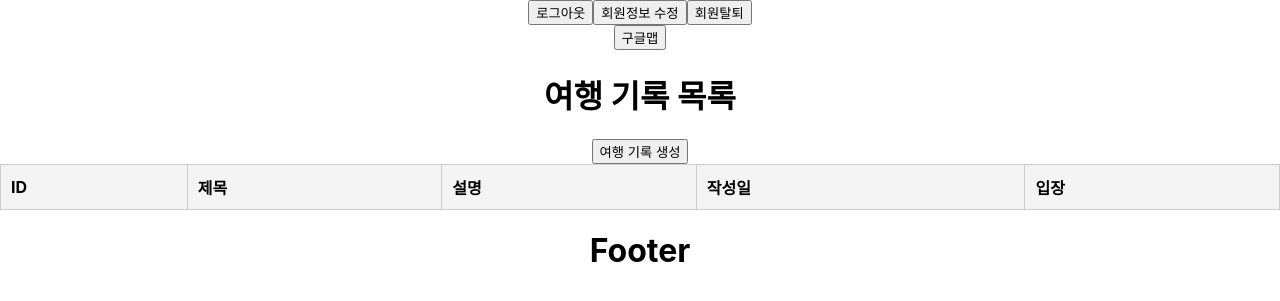
Repository: gimm5550/frontend2
Page: /mainlist
The author's editor kept a copy of each file at every save. The page is drawn from the files as they stood at one save, then again after the next save.
The browser window is 1280 px wide. The pictures show the whole page.
The page's requests for data from a server got no answer. The project was rebuilt for these pictures with package versions that can differ from the ones it lists, and the page was loaded fresh each time. No one was signed in, and anything a server would have sent is missing. Also part of the build but not shown: src/url.js, src/components/common/KakaoLoginButton.js, src/components/FromServer.js, src/components/UserDetail.js, src/components/layout/LandingPageLayout.js, src/components/layout/UserDetailLayout.js, src/components/LoginForm.js, src/components/layout/LoginFormLayout.js and 14 more.

Above is the page before, as saved 2024-11-17 17:43:08.

### public/index.html
<!DOCTYPE html>
<html lang="en">
  <head>
    <meta charset="utf-8" />
    <link rel="icon" href="%PUBLIC_URL%/favicon.ico" />
    <meta name="viewport" content="width=device-width, initial-scale=1" />
    <meta name="theme-color" content="#000000" />
    <meta
      name="description"
      content="Web site created using create-react-app"
    />
    <link rel="apple-touch-icon" href="%PUBLIC_URL%/logo192.png" />
    <!--
      manifest.json provides metadata used when your web app is installed on a
      user's mobile device or desktop. See https://developers.google.com/web/fundamentals/web-app-manifest/
    -->
    <link rel="manifest" href="%PUBLIC_URL%/manifest.json" />
    <!--
      Notice the use of %PUBLIC_URL% in the tags above.
      It will be replaced with the URL of the `public` folder during the build.
      Only files inside the `public` folder can be referenced from the HTML.

      Unlike "/favicon.ico" or "favicon.ico", "%PUBLIC_URL%/favicon.ico" will
      work correctly both with client-side routing and a non-root public URL.
      Learn how to configure a non-root public URL by running `npm run build`.
    -->
    <title>React App</title>
    <script src="https://developers.kakao.com/sdk/js/kakao.min.js"></script> <!-- 카카오 SDK 추가 -->
  </head>
  <body>
    <noscript>You need to enable JavaScript to run this app.</noscript>
    <div id="root"></div>
    <!--
      This HTML file is a template.
      If you open it directly in the browser, you will see an empty page.

      You can add webfonts, meta tags, or analytics to this file.
      The build step will place the bundled scripts into the <body> tag.

      To begin the development, run `npm start` or `yarn start`.
      To create a production bundle, use `npm run build` or `yarn build`.
    -->
  </body>
</html>

### src/index.js
import React from 'react';
import ReactDOM from 'react-dom/client';
import './index.css';
import App from './App';
import reportWebVitals from './reportWebVitals';
import { BrowserRouter } from 'react-router-dom';
// 카카오 SDK 초기화
if (window.Kakao) {
  window.Kakao.init("629a046bf0fa611328bd69bc1571aa3a"); // 카카오 JavaScript 키로 SDK 초기화
  console.log("Kakao SDK initialized:", window.Kakao.isInitialized());
}
const root = ReactDOM.createRoot(document.getElementById('root'));
root.render(
  <React.StrictMode>
    <BrowserRouter>
      <App />
    </BrowserRouter>
  </React.StrictMode>
);

// If you want to start measuring performance in your app, pass a function
// to log results (for example: reportWebVitals(console.log))
// or send to an analytics endpoint. Learn more: https://bit.ly/CRA-vitals
reportWebVitals();

### src/App.js
import React from 'react';
import './App.css';
import FromServer from './components/FromServer';
import { Route, Routes } from 'react-router-dom';
import UserDetail from './components/UserDetail';
import LandingPageLayout from './components/layout/LandingPageLayout';
import UserDetailLayout from './components/layout/UserDetailLayout';
import routes from './routes';
import { AuthProvider } from './AuthContext'; // AuthProvider import

function App() {
  const getRoutes = (allRoutes) =>
    allRoutes.map((route) => {
      if (route.route) {
        return (
          <Route
            exact
            path={route.route}
            element={route.component}
            key={route.key}
          />
        );
      }
      return null;
    });

  return (
    <div className="App">
      <AuthProvider> {/* AuthProvider로 전체 애플리케이션 감싸기 */}
        <Routes>
          {getRoutes(routes)}
          <Route path='*' element={<LandingPageLayout />} />
        </Routes>
      </AuthProvider>
    </div>
  );
}

export default App;

### src/routes.js
import LoginFormLayout from "./components/layout/LoginFormLayout";
import UserDetailLayout from "./components/layout/UserDetailLayout";
import RegisterFormLayout from "./components/layout/RegisterFormLayout";
import MainListLayout from "./components/layout/MainListLayout"; // community_detail
import CommunityDetailLauout from "./components/layout/community_detailLayout";
import NewCommunityLayout from "./components/layout/NewCommunityLayout";
import CommunityViewLayout from "./components/layout/CommunityViewLayout"; // AdminClient
import AdminClientLayout from "./components/layout/AdminClientLayout";
import EditFormLayout from "./components/layout/EditFormLayout";
import GoogleMapLayout from "./components/layout/GoogleMapLayout";
const routes = [
    {
        name:"UserDetail",
        key:"userDetail",
        route:"/user-detail/:userId",
        component:<UserDetailLayout></UserDetailLayout>
    },
    {
        name:"LoginForm",
        key:"loginForm",
        route:"/login",
        component:<LoginFormLayout></LoginFormLayout>
    },
    {
        name:"RegisterForm",
        key:"RegisterForm",
        route:"/register",
        component:<RegisterFormLayout></RegisterFormLayout>
    },
    {
        name:"MainList",
        key:"MainList",
        route:"/mainlist",
        component:<MainListLayout></MainListLayout>
    },
    {
        name:"community_detail",
        key:"community_detail",
        route:"/community_detail",
        component:<CommunityDetailLauout></CommunityDetailLauout>
    },
    {
        name:"new_community",
        key:"new_community",
        route:"/new_community",
        component:<NewCommunityLayout></NewCommunityLayout>
    },
    {
        name:"CommunityView",
        key:"CommunityView",
        route:"/CommunityView",
        component:<CommunityViewLayout></CommunityViewLayout>
    },
    {
        name: "CommunityView",
        key: "communityView",
        route: "/CommunityView/:id", // ID를 URL 매개변수로 받도록 수정
        component: <CommunityViewLayout></CommunityViewLayout>
    },
    {
        name: "AdminClient",
        key: "AdminClient",
        route: "/AdminClient/:id", // ID를 URL 매개변수로 받도록 수정
        component: <AdminClientLayout></AdminClientLayout>
    },
    {
        name: "community_detail",
        key: "community_detail",
        route: '/community_detail/:id', // ID를 URL 매개변수로 받도록 수정
        component: <CommunityDetailLauout></CommunityDetailLauout>
    },
    {
        name: "new_community",
        key: "new_community",
        route: '/new_community/:id', // ID를 URL 매개변수로 받도록 수정 `/CommunityView/${id}/${communityId}`
        component: <NewCommunityLayout></NewCommunityLayout>
    },
    {
        name: "new_community",
        key: "new_community",
        route: '/CommunityView/:id/:communityId',
        component: <CommunityViewLayout></CommunityViewLayout>
    },
    {
        name:"EditForm",
        key:"EditForm",
        route:"/edit_info",
        component:<EditFormLayout></EditFormLayout>
    },
    {
        name:"GoogleMap",
        route: "/GoogleMap",
        component: <GoogleMapLayout />, // GoogleMapLayout 컴포넌트 연결
        key: "google-map",
    },
]
export default routes;

### src/AuthContext.js
import React, { createContext, useContext, useState } from 'react';

const AuthContext = createContext();

export const AuthProvider = ({ children }) => {
    const [user, setUser] = useState(null); // 로그인한 사용자 정보를 저장할 상태

    const login = (userData) => {
        setUser(userData); // 로그인 시 사용자 정보 저장
    };

    const logout = () => {
        setUser(null); // 로그아웃 시 사용자 정보 초기화
    };

    return (
        <AuthContext.Provider value={{ user, login, logout }}>
            {children}
        </AuthContext.Provider>
    );
};

// 사용자 정보를 가져오는 커스텀 훅
export const useAuth = () => {
    return useContext(AuthContext);
};

### src/api.js
import axios from 'axios';
//114.204.175.6
//172.30.126.174
const instance = axios.create({
    baseURL: 'http://localhost:8080',
    timeout: 1000
});

export default {


    login(id, pw) {
        console.log("login api 실행됨")
        return instance.post('/api/users/login', { userId: id, userPw: pw});
    },

    register(id, pw) {
        return instance.post('/api/users/register', { userId: id, userPw: pw});
    },

    list() {
        return instance.get('/api/list');
    },

    createCommunity(data) {
        return instance.post('/taxi/community', data);
    },

    call(id, startLat, startLng, startAddr, endLat, endLng, endAddr) {
        return instance.post('/taxi/call', {
            userId: id,
            startLat: startLat,
            startLng: startLng,
            startAddr: startAddr,
            endLat: endLat,
            endLng: endLng,
            endAddr: endAddr
        });
    },

    geoCoding(coords, key) {
        let url = "https://maps.googleapis.com/maps/api/geocode/json";
        let lat = coords.latitude;
        let lng = coords.longitude;

        return axios.get(`${url}?latlng=${lat},${lng}&key=${key}&language=ko`);
    },

    // 커뮤니티 상세보기 API
    getCommunityDetail(communityId) {
        console.log("communityId:", communityId);
        return instance.get(`/community/${communityId}`);
    },

    // 커뮤니티 삭제 API
    deleteCommunity(communityId) {
        console.log("communityId:", communityId);
        return instance.delete(`/community/${communityId}`);
    },

    editCommunity(communityId, updatedData) {
        console.log("communityId:", communityId);
        console.log("updatedData:", updatedData);  // 수정할 데이터를 콘솔에 출력
        return instance.put(`/community/${communityId}`, updatedData);
    },

    outing(id, title, content, admin_id, member_count){
        console.log("outring함수실행")
        return instance.post('/community', {
            id: id,
            title: title,
            content: content,
            admin_id: admin_id,
            member_count: member_count
        });
    },

    newing(id, title, content, region){
        return instance.post('/new', {
            region: region,
            title: title,
            content: content,
            admin_id: id,
            member_count: 0
        });
    },

    detail_show(id){
        return instance.get(`/detail3/${id}`, {
            id: id
        });
    },

    detail_show2(id, id2){
        console.log("detail_show2실행")
        console.log("id:", id)
        return instance.get(`/detail4/${id}/${id2}`, {
        });
    },

    detail_new(title, content, editor, communityid){
        return instance.post('/detail2', {
            title: title,
            content: content,
            editor: editor,
            communityid: communityid
        });
    },

    detail_delete(id, detail_id) {
        return instance.delete(`/detail2/${id}/${detail_id}`); // URL에 detail_id를 포함시킴
    },

    add_comment(id, communityId, nickname, newComment){
        console.log("add_comment 실행!!")
        return instance.post(`/Comments/${id}/${communityId}`, {
            nickname: nickname,
            content: newComment
        });
    },
    // '/client/:id'
    get_approved_clients(id){
        return instance.get(`/client/${id}`, {
        });
    },

    get_pending_clients(id){
        return instance.get(`/client2/${id}`, {
        });
    },

    reject_client(clientId){
        return instance.delete(`/client2/${clientId}`, {
        });
    },

    expel_client(clientId){
        return instance.delete(`/client/${clientId}`, {
        });
    },

    approve_client(clientId, nickname){
        console.log("approve_client 발동")
        console.log("nickname2:", nickname)
        return instance.post(`/client/${clientId}`, {
            nickname: nickname
        });
    },

    request_join_community(nickname, communityId){
        return instance.post('/client2', {
            nickname: nickname
        });
    },

    get_pending_clients2(user_id){
        return instance.get(`/client3/${user_id}`, {
            user_id : user_id
        });
    },

    edit_info(userId){
        return instance.post('/edit', {
            userId: userId
        });
    },

    fetch_token(response){
        console.log("1")
        return instance.post('/login/success', {response: response});
    },

    getpassword(userId) {
        console.log("Sending userId as query parameter. userId:", userId);

        // userId가 객체일 경우 'id' 값을 추출, 그렇지 않으면 그대로 사용
        const extractedUserId = typeof userId === 'object' && userId.id ? userId.id : userId;

        // 추출된 userId를 URL 인코딩
        const encodedUserId = encodeURIComponent(extractedUserId);

        console.log("Encoded userId:", encodedUserId);

        // 인코딩된 userId를 URL에 포함
        return instance.get(`/api/edit/EditInfo?userId=${encodedUserId}`);
    },
    updateUser(userId2, userPw) {
        return instance.post('/api/edit/realedit',
        {
            userId2: userId2,
            userPw: userPw
        });
    },

    deleteUser(user) {
        return instance.post('/api/edit/delete',
        {
            user: user
        });
    },
    createTravelRecord(title, description) {
        return instance.post('/api/travel-records', { title : title, description : description });
    },
    addComment(travelRecordId, content, commentId) {
        console.log("commentId!!!!!!!:", commentId)
        return instance.post(`/api/comments`, {
            travelRecordId: travelRecordId,
            content: content,
            author: commentId.id // 작성자 이름을 적절히 설정
        });
    },
    // 댓글 데이터 가져오기
    getCommentsByTravelRecordId(travelRecordId) {
        return instance.get(`/api/comments/${travelRecordId}`);
    },

    PostPolyLine(pathData, userId) {
        console.log("userId:", userId.id)
        return instance.post('/api/polyline',
            {
                pathData: pathData,
                userId: userId.id
            });
    },
}

### src/components/layout/CommonLayout.js
import Footer from "../common/Footer";
import Header from "../common/Header";
export default function CommonLayout({children}){
    return <div>
            <Header></Header>
            {children}
            <Footer></Footer>
        </div>

}

### src/components/layout/MainListLayout.js
import MainList from "../MainList";
import CommonLayout from "./CommonLayout";
export default function MainListLayout(){
    return<div>
            <CommonLayout>
                <MainList></MainList>
            </CommonLayout>
        </div>

}

### src/components/common/Footer.js
export default function Footer(){
    return<div>
            <h1>Footer</h1>
        </div>
}

### src/components/common/Header.js
import { useNavigate } from 'react-router-dom';
import React, { useEffect, useState } from "react";
import api from '../../api';
export default function Header() {
    const [user, setUser] = useState(null); // 사용자 정보 상태
    const navigate = useNavigate();
    const handleLogout = () => {
        console.log('로그아웃 처리');
        localStorage.removeItem('user'); // 로컬 스토리지에서 사용자 정보 삭제
        navigate('/login');
    };
    useEffect(() => {
        const userData = JSON.parse(localStorage.getItem('user')); // 로컬 스토리지에서 사용자 정보 가져오기
        setUser(userData);
    }, []);

    const handleEditProfile = () => {
        console.log('회원정보 수정 페이지로 이동');
        navigate('/edit_info');
        // 회원정보 수정 로직 추가
        //api.edit_info(user.id);
    };

    const handleDelete = () => {
        if (window.confirm('정말로 회원탈퇴를 하시겠습니까?')) {
            console.log('회원탈퇴 진행 중...');

            api.deleteUser(user.id) // user의 id만 전달
                .then(response => {
                    console.log('회원탈퇴 성공:', response.data);
                    alert('회원탈퇴가 완료되었습니다.');
                    localStorage.removeItem('user'); // 로컬 스토리지에서 사용자 정보 삭제
                    navigate('/login'); // 로그인 페이지로 이동
                })
                .catch(error => {
                    console.error('회원탈퇴 실패:', error);
                    alert('회원탈퇴 처리 중 오류가 발생했습니다.');
                });
        }
    };


    return (
        <div>
            {user && <p>현재 로그인된 아이디: {user.id}</p>}
            <div>
                <button onClick={handleLogout}>로그아웃</button>
                <button onClick={handleEditProfile}>회원정보 수정</button>
                <button onClick={handleDelete}>회원탈퇴</button>
            </div>
        </div>
    );
}

### src/components/MainList.js
import React, { useEffect, useState } from "react";
import api from '../api'; // API 모듈 import
import { useNavigate } from "react-router-dom";
import '../MainList.css'; // CSS 파일 import

export default function MainList() {
    const [travelRecords, setTravelRecords] = useState([]); // 여행 기록 상태
    const [isPopupOpen, setIsPopupOpen] = useState(false); // 팝업 상태
    const [newRecord, setNewRecord] = useState({
        title: '',
        description: ''
    }); // 새로운 여행 기록 상태
    const navigate = useNavigate();

    // 여행 기록 가져오기
    const fetchTravelRecords = () => {
        api.list() // 여행 기록 목록을 가져오는 API 호출
            .then(response => {
                console.log("response!!!:", response)
                const { data } = response.data; // 서버에서 반환된 데이터 구조를 맞춤
                setTravelRecords(data); // 데이터를 상태에 저장
            })
            .catch(err => {
                console.error("여행 기록을 가져오는 중 오류 발생:", err);
            });
    };

    useEffect(() => {
        fetchTravelRecords(); // 컴포넌트가 마운트될 때 여행 기록 목록 가져오기
    }, []);

    const handleInputChange = (e) => {
        const { name, value } = e.target;
        setNewRecord(prevState => ({
            ...prevState,
            [name]: value
        }));
    };

    const handleCreateSubmit = async () => {
        try {
            // 새로운 여행 기록 생성 API 호출
            await api.createTravelRecord(newRecord.title, newRecord.description);
            alert("여행 기록이 생성되었습니다.");
            setIsPopupOpen(false); // 팝업 닫기
            fetchTravelRecords(); // 여행 기록 목록 새로고침
        } catch (err) {
            console.error("여행 기록 생성 중 오류 발생:", err);
            alert("여행 기록 생성 중 오류가 발생했습니다.");
        }
    };

    const handleEnterCommunity = (id) => {
        navigate(`/community_detail/${id}`); // 지정된 경로로 이동
    };

    const handleEnterGoogleMap = () => {
        console.log("/GoogleMap 로 이동")
        navigate('/GoogleMap'); // 지정된 경로로 이동
    };

    return (
        <div>
            <button onClick={() => handleEnterGoogleMap()}>구글맵</button>
            <h1>여행 기록 목록</h1>
            <button onClick={() => setIsPopupOpen(true)}>여행 기록 생성</button> {/* 여행 기록 생성 버튼 */}
            <table>
                <thead>
                    <tr>
                        <th>ID</th>
                        <th>제목</th>
                        <th>설명</th>
                        <th>작성일</th>
                        <th>입장</th>
                    </tr>
                </thead>
                <tbody>
                    {travelRecords.map(record => (
                        <tr key={record.id}>
                            <td>{record.id}</td>
                            <td>{record.title}</td>
                            <td>{record.description}</td>
                            <td>{new Date(record.createdDate).toLocaleString()}</td>
                            <td>
                                <button onClick={() => handleEnterCommunity(record.id)}>입장</button>
                            </td>
                        </tr>
                    ))}
                </tbody>
            </table>

            {/* 팝업창 */}
            {isPopupOpen && (
                <div className="popup-overlay">
                    <div className="popup">
                        <h2>여행 기록 생성</h2>
                        <label>
                            제목:
                            <input
                                type="text"
                                name="title"
                                value={newRecord.title}
                                onChange={handleInputChange}
                            />
                        </label>
                        <label>
                            설명:
                            <textarea
                                name="description"
                                value={newRecord.description}
                                onChange={handleInputChange}
                            />
                        </label>
                        <button onClick={handleCreateSubmit}>생성</button>
                        <button onClick={() => setIsPopupOpen(false)}>취소</button>
                    </div>
                </div>
            )}
        </div>
    );
}

### src/MainList.css
table {
    width: 100%;
    border-collapse: collapse; /* 경계선 겹치지 않도록 설정 */
}

th, td {
    border: 1px solid #ccc; /* 테두리 색상 */
    padding: 10px; /* 여백 */
    text-align: left; /* 왼쪽 정렬 */
}

th {
    background-color: #f4f4f4; /* 헤더 배경색 */
}

tr:hover {
    background-color: #f1f1f1; /* 마우스 오버 시 배경색 */
}
.popup-overlay {
    position: fixed;
    top: 0;
    left: 0;
    right: 0;
    bottom: 0;
    background: rgba(0, 0, 0, 0.5); /* 반투명 배경 */
    display: flex;
    justify-content: center;
    align-items: center;
    z-index: 1000; /* 다른 요소들 위에 위치하게 */
}

.popup {
    background: white;
    padding: 20px;
    border-radius: 5px;
    box-shadow: 0 2px 10px rgba(0, 0, 0, 0.1);
}

label {
    display: block;
    margin-bottom: 10px;
}

input {
    width: 100%;
    padding: 8px;
    margin-top: 5px;
    box-sizing: border-box; /* padding 포함해서 사이즈 조정 */
}
/* MainList.css */

/* 전체 컨테이너 스타일 */
.community-view {
    max-width: 800px; /* 최대 너비 */
    margin: 20px auto; /* 중앙 정렬 */
    padding: 20px; /* 안쪽 여백 */
    border: 1px solid #e0e0e0; /* 테두리 */
    border-radius: 8px; /* 모서리 둥글게 */
    background-color: #ffffff; /* 배경색 */
    box-shadow: 0 2px 10px rgba(0, 0, 0, 0.1); /* 그림자 */
}

/* 제목 스타일 */
.community-view h1 {
    font-size: 2rem; /* 큰 제목 크기 */
    color: #333; /* 제목 색상 */
    margin-bottom: 15px; /* 아래 여백 */
}

/* 부제목 스타일 */
.community-view h2 {
    font-size: 1.5rem; /* 부제목 크기 */
    color: #555; /* 부제목 색상 */
    margin: 10px 0; /* 위아래 여백 */
}

/* 본문 스타일 */
.community-view p {
    font-size: 1rem; /* 본문 크기 */
    color: #666; /* 본문 색상 */
    line-height: 1.5; /* 줄 간격 */
    margin-bottom: 20px; /* 아래 여백 */
}

/* 댓글 목록 스타일 */
.community-view ul {
    list-style-type: none; /* 기본 목록 스타일 제거 */
    padding: 0; /* 기본 여백 제거 */
}

.community-view li {
    background-color: #f9f9f9; /* 댓글 배경 색상 */
    border: 1px solid #e0e0e0; /* 댓글 테두리 */
    border-radius: 5px; /* 댓글 모서리 둥글게 */
    padding: 10px; /* 댓글 안쪽 여백 */
    margin-bottom: 10px; /* 댓글 사이 여백 */
}

/* 댓글 작성 입력창 스타일 */
.community-view input[type="text"] {
    width: 100%; /* 너비 100% */
    padding: 10px; /* 안쪽 여백 */
    border: 1px solid #ccc; /* 테두리 */
    border-radius: 5px; /* 모서리 둥글게 */
    margin-bottom: 10px; /* 아래 여백 */
}

/* 댓글 추가 버튼 스타일 */
.community-view button {
    padding: 10px 15px; /* 안쪽 여백 */
    background-color: #4CAF50; /* 버튼 배경 색상 */
    color: white; /* 글자 색상 */
    border: none; /* 테두리 없음 */
    border-radius: 5px; /* 모서리 둥글게 */
    cursor: pointer; /* 마우스 커서 */
    transition: background-color 0.3s; /* 배경 색상 변화 효과 */
}

.community-view button:hover {
    background-color: #45a049; /* 호버 시 색상 변화 */
}

/* 오류 메시지 스타일 */
.error-message {
    color: red; /* 오류 메시지 색상 */
    font-weight: bold; /* 굵게 */
    margin-bottom: 15px; /* 아래 여백 */
}

/* MainList.css */

/* 전체 컨테이너 스타일 */
.admin-client-container {
    display: flex;
    justify-content: space-between;
    padding: 20px;
}

/* 각 목록 박스 스타일 */
.client-box {
    flex: 1;
    margin: 0 10px; /* 좌우 여백 */
    border: 1px solid #ccc;
    border-radius: 8px;
    padding: 15px;
    background-color: #f9f9f9; /* 연한 배경색 */
    box-shadow: 0 2px 4px rgba(0, 0, 0, 0.1); /* 그림자 효과 */
}

/* 제목 스타일 */
.client-box h2 {
    text-align: center;
    color: #333; /* 제목 색상 */
}

/* 목록 아이템 스타일 */
.client-item {
    display: flex;
    justify-content: space-between;
    align-items: center;
    padding: 8px 0; /* 위아래 여백 */
    border-bottom: 1px solid #eee; /* 구분선 */
}

/* 마지막 아이템 구분선 제거 */
.client-item:last-child {
    border-bottom: none;
}

/* 버튼 스타일 */
.client-item button {
    background-color: #007bff; /* 버튼 색상 */
    color: white;
    border: none;
    border-radius: 5px;
    padding: 5px 10px;
    cursor: pointer;
    transition: background-color 0.3s; /* 색상 변화 효과 */
}

.client-item button:hover {
    background-color: #0056b3; /* 호버 시 색상 변화 */
}

/* 오류 메시지 스타일 */
.error-message {
    color: red; /* 오류 메시지 색상 */
    text-align: center; /* 가운데 정렬 */
    margin-bottom: 10px; /* 아래쪽 여백 */
}

Loaded but not shown: src/index.css (common file); src/reportWebVitals.js (common file); src/App.css (common file)

After the next save:
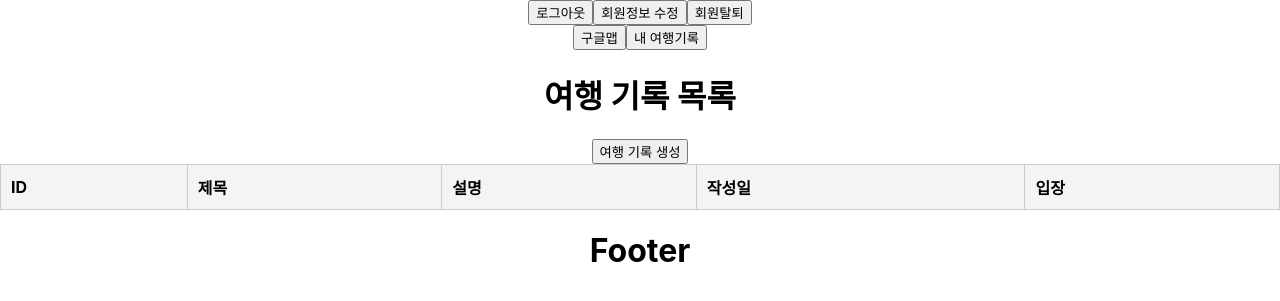
Saved 13 min 3 s later.
--- a/src/components/MainList.js
+++ b/src/components/MainList.js
@@ -55,13 +55,17 @@ export default function MainList() {
     };
 
     const handleEnterGoogleMap = () => {
-        console.log("/GoogleMap 로 이동")
         navigate('/GoogleMap'); // 지정된 경로로 이동
+    };
+
+    const handleEnterMyTravel = () => {
+        navigate('/MyTravel'); // 지정된 경로로 이동
     };
 
     return (
         <div>
             <button onClick={() => handleEnterGoogleMap()}>구글맵</button>
+            <button onClick={() => handleEnterMyTravel()}>내 여행기록</button>
             <h1>여행 기록 목록</h1>
             <button onClick={() => setIsPopupOpen(true)}>여행 기록 생성</button> {/* 여행 기록 생성 버튼 */}
             <table>
